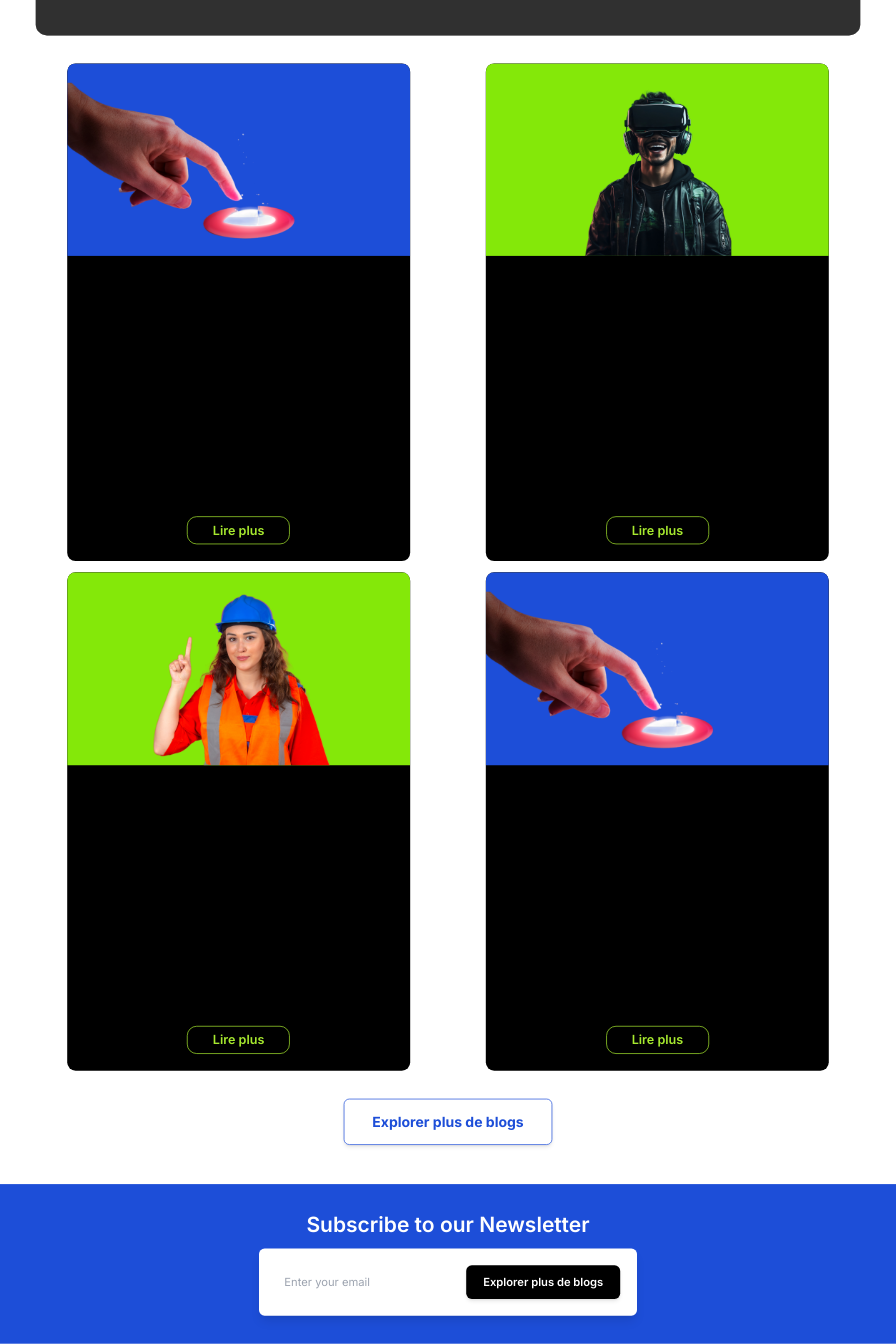
Repository: NassimeElkamari/test
Page: /blogs
These files come from the project's save history. The page is drawn as it stood at one moment and after a run of saves; the edit follows.
The browser window is 1280 px wide. The pictures show the part of the page from y = 601 to 2521 px (the page is 2521 px tall before and 2505 px after), at 70% of full size.
Pictures or frames that could not be fetched are drawn as grey boxes. The project was rebuilt for these pictures with package versions that can differ from the ones it lists, and the page was loaded fresh each time. The framework's server and built-in components were replaced by stand-ins that run in the browser. Also part of the build but not shown: next.config.mjs.

Above is the page before, as saved 2024-06-12 16:17:20.

After the next 6 saves:
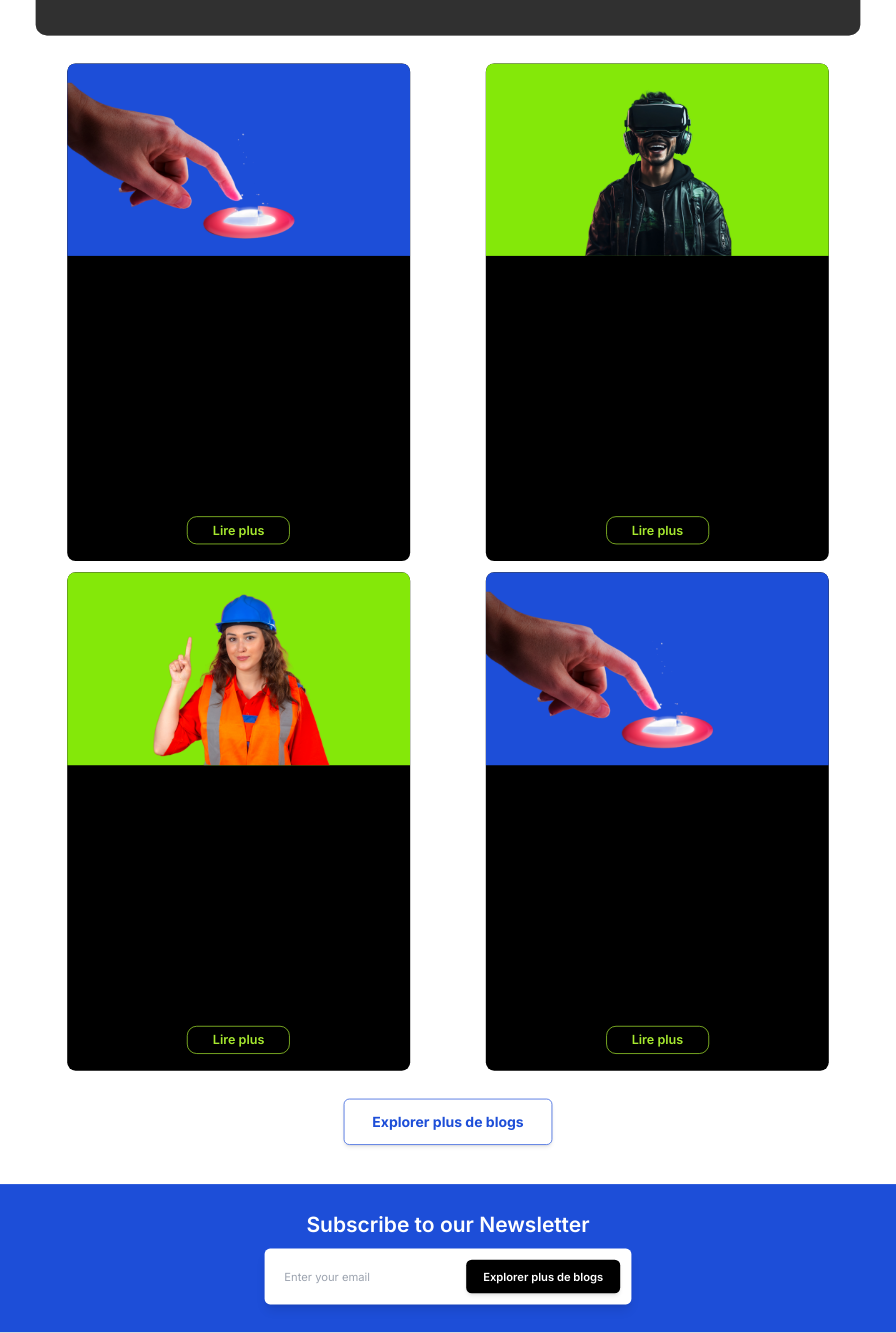
The 6 saves are shown as one change because they came seconds apart.
The last was saved 25 s later.
--- a/src/app/blogs/page.tsx
+++ b/src/app/blogs/page.tsx
@@ -68,7 +68,7 @@ const Blog = () => {
       </div>
       <div className="bg-[#1D4ED8] py-10 mt-10 flex flex-col items-center justify-center">
         <h2 className="text-3xl font-semibold text-white mb-4">Subscribe to our Newsletter</h2>
-        <div className="bg-white p-6 rounded-lg shadow-lg flex flex-col items-center sm:flex-row">
+        <div className="bg-white px-4 py-4 rounded-lg shadow-lg flex flex-col items-center sm:flex-row">
           <input
             type="email"
             placeholder="Enter your email"
